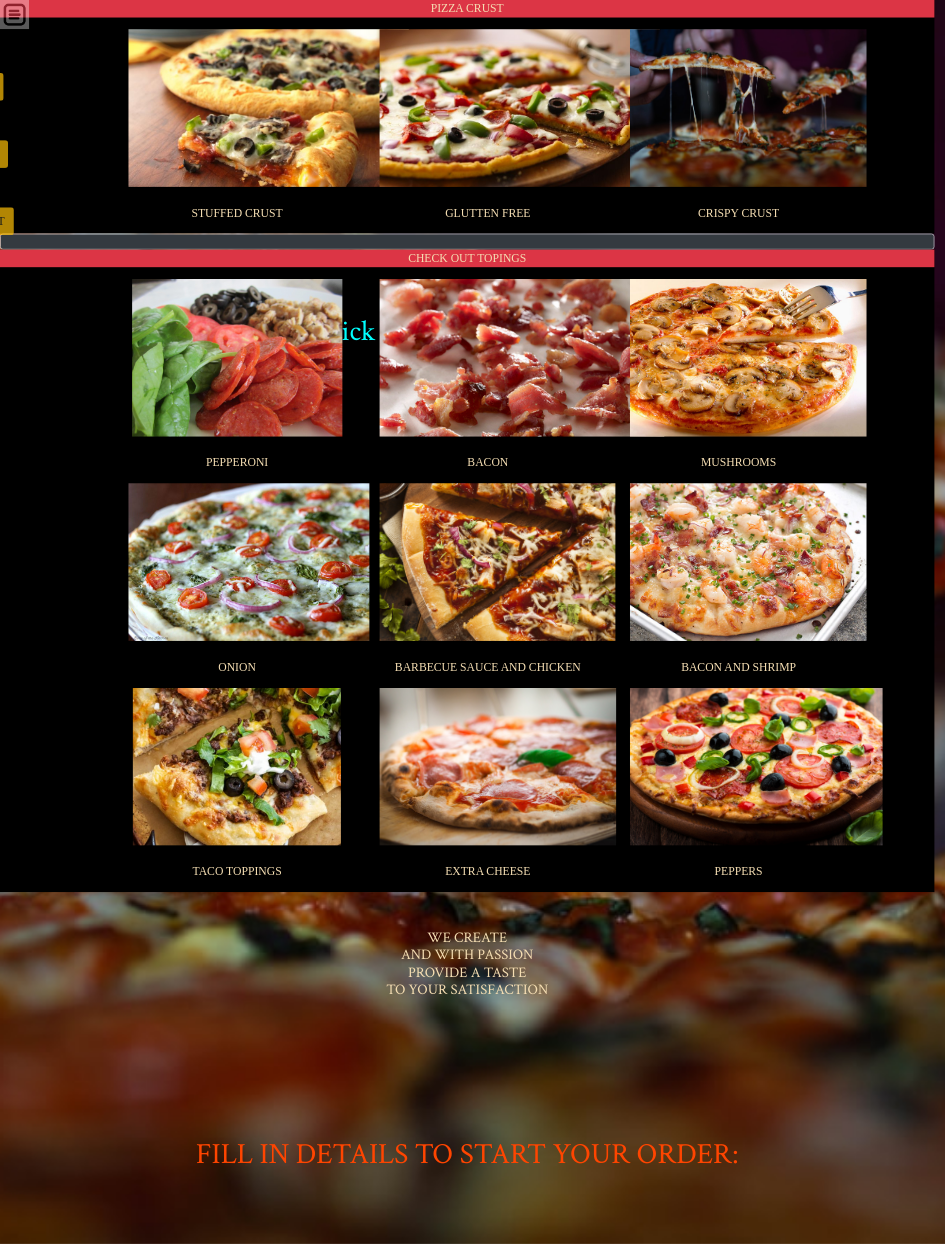
Repository: alexmwaura/MOREO--PIZZA-IP4
Page: mine.html
These files come from the project's save history. The page is drawn as it stood at one moment and after the next save; the edit follows.
The browser window is 1280 px wide. The page is 1295 px wide, so the pictures cover 1295 px, including what lies to the right of the window. The pictures show the whole page, at 73% of full size.
Some web fonts or font styles are not loaded; a fallback is used.

Above is the page before, as saved 2019-09-01 14:26:57.

### mine.html
<!DOCTYPE html>
<html lang="en">

<head>
    <meta charset="UTF-8">
    <meta name="viewport" content="width=device-width, initial-scale=1.0">
    <meta http-equiv="X-UA-Compatible" content="ie=edge">

    <title> MOREO RESTAURANT</title>

    <link href="https://fonts.googleapis.com/css?family=Kaushan+Script&display=swap" rel="stylesheet">
    <link href="https://fonts.googleapis.com/css?family=Pacifico|Rancho&display=swap" rel="stylesheet">
    <link href="https://fonts.googleapis.com/css?family=Crimson+Text&display=swap" rel="stylesheet">

    <link rel="stylesheet" href="./CSS/bootstrap.css">
    <link rel="stylesheet" href="./CSS/styles.css">
    <script src="./SCRIPTS/jquery-3.4.1.js"></script>
    <script src="./SCRIPTS/scripts.js"></script>
</head>

<body>
    <nav>
        <a href="#" class="nav-toggle-btn bg-success"></a>
        <ul>
            <li><a href="./index.html" class="btn bg-warning" style="margin-left: -14%">HOME</a></li><br><br>
            <li><a href="#pizza" class="btn bg-warning" style="margin-left: -15%">ORDER</a></li><br><br>
            <li><a href="#nav" class="btn bg-warning" style="margin-left: -35%">CONTACT</a></li>
        </ul>
    </nav>

    <div class="content">


        <div class="address">
            <div class="">

                <div class="bg-danger" id="pizza-crust">
                    <p>PIZZA CRUST</p>

                </div>

                <div class="row">

                    &nbsp;&nbsp;&nbsp;&nbsp;&nbsp;&nbsp;&nbsp;&nbsp;&nbsp;&nbsp;&nbsp;&nbsp;&nbsp;&nbsp;&nbsp;&nbsp;&nbsp;&nbsp;&nbsp;&nbsp;&nbsp;&nbsp;&nbsp;&nbsp;&nbsp;&nbsp;&nbsp;&nbsp;&nbsp;&nbsp;&nbsp;&nbsp;&nbsp;&nbsp;&nbsp;&nbsp;&nbsp;&nbsp;&nbsp;&nbsp;&nbsp;&nbsp;&nbsp;&nbsp;

                    <div class="col-lg-3 col-md-3 col-sm-3">
                        <div id="work1">
                            <img src="./IMAGES/staffedcrust.jpg" alt="" class="img-fluid-1"><br><br>

                            <div class="overlay">
                                <div class="line">
                                    <p class="trial1">STUFFED CRUST</p>
                                    <p class="p1">
                                        <h5 class="p1"><strong> PRICE: <br>
                                            <em>SMALL; KSH 100</em><br>
                                            <em>MEDIUM; KSH 150</em><br>
                                            <em>LARGE; KSH 200</em>
                                        </strong></h5>
                                    </p>

                                </div>

                            </div>

                        </div>



                    </div>
                    &nbsp;&nbsp;&nbsp;&nbsp;

                    <div class="col-lg-3 col-md-3 col-sm-3">
                        <div id="work2">
                            <img src="./IMAGES/gluttenfree.jpg" alt="" class="img-fluid-2"><br><br>

                            <div class="overlay">
                                <div class="line">
                                    <p class="trial2">GLUTTEN FREE </p>


                                </div>

                            </div>

                        </div>

                    </div>

                    &nbsp;&nbsp;&nbsp;&nbsp;


                    <div class="col-lg-3 col-md-3 col-sm-3">
                        <div id="work3">
                            <img src="./IMAGES/1.jpeg" alt="" class="img-fluid-3 "><br><br>

                            <div class="overlay">
                                <div class="line">
                                    <p class="trial3">CRISPY CRUST</p>

                                </div>

                            </div>

                        </div>

                    </div>


                </div>

            </div>

        </div>

        <div class="form-control custom-range bg-dark">
            <h1 style="color: aqua" style="font-size: 10vh"> click image to show price</h1>
        </div>

        <div class="dance">

            <div class="">

                <div class="bg-danger" id="pizza-toppings">
                    <p>CHECK OUT TOPINGS</p>

                </div>

                <div class="row">

                    &nbsp;&nbsp;&nbsp;&nbsp;&nbsp;&nbsp;&nbsp;&nbsp;&nbsp;&nbsp;&nbsp;&nbsp;&nbsp;&nbsp;&nbsp;&nbsp;&nbsp;&nbsp;&nbsp;&nbsp;&nbsp;&nbsp;&nbsp;&nbsp;&nbsp;&nbsp;&nbsp;&nbsp;&nbsp;&nbsp;&nbsp;&nbsp;&nbsp;&nbsp;&nbsp;&nbsp;&nbsp;&nbsp;&nbsp;&nbsp;&nbsp;&nbsp;&nbsp;&nbsp;

                    <div class="col-lg-3 col-md-3 col-sm-3">
                        <div id="work4">
                            <img src="./IMAGES/pepporoni.jpg" alt="" class="img-fluid-4"><br><br>

                            <div class="overlay">
                                <div class="line">
                                    <p class="trial4">PEPPERONI</p>

                                </div>

                            </div>

                        </div>

                    </div>




                    &nbsp;&nbsp;&nbsp;&nbsp;


                    <div class="col-lg-3 col-md-3 col-sm-3">
                        <div id="work5">
                            <img src="./IMAGES/bacon.jpg" alt="" class="img-fluid-5"><br><br>

                            <div class="overlay">
                                <div class="line">
                                    <p class="trial5">BACON </p>

                                </div>

                            </div>

                        </div>

                    </div>

                    &nbsp;&nbsp;&nbsp;&nbsp;


                    <div class="col-lg-3 col-md-3 col-sm-3">
                        <div id="work6">
                            <img src="./IMAGES/mushroom2.jpg" alt="" class="img-fluid-6"><br><br>

                            <div class="overlay">
                                <div class="line">
                                    <p class="trial6">MUSHROOMS</p>

                                </div>

                            </div>

                        </div>

                    </div>



                </div>

                <div class="row">

                    &nbsp;&nbsp;&nbsp;&nbsp;&nbsp;&nbsp;&nbsp;&nbsp;&nbsp;&nbsp;&nbsp;&nbsp;&nbsp;&nbsp;&nbsp;&nbsp;&nbsp;&nbsp;&nbsp;&nbsp;&nbsp;&nbsp;&nbsp;&nbsp;&nbsp;&nbsp;&nbsp;&nbsp;&nbsp;&nbsp;&nbsp;&nbsp;&nbsp;&nbsp;&nbsp;&nbsp;&nbsp;&nbsp;&nbsp;&nbsp;&nbsp;&nbsp;&nbsp;&nbsp;

                    <div class="col-lg-3 col-md-3 col-sm-3">
                        <div id="work7">
                            <img src="./IMAGES/onions.jpg" alt="" class="img-fluid-7"><br><br>

                            <div class="overlay">
                                <div class="line">
                                    <p class="trial4">ONION</p>

                                </div>

                            </div>

                        </div>

                    </div>




                    &nbsp;&nbsp;&nbsp;&nbsp;


                    <div class="col-lg-3 col-md-3 col-sm-3">
                        <div id="work8">
                            <img src="./IMAGES/barbecue.jpg" alt="" class="img-fluid-8"><br><br>

                            <div class="overlay">
                                <div class="line">
                                    <p class="trial5">BARBECUE SAUCE AND CHICKEN </p>

                                </div>

                            </div>

                        </div>

                    </div>

                    &nbsp;&nbsp;&nbsp;&nbsp;


                    <div class="col-lg-3 col-md-3 col-sm-3">
                        <div id="work9">
                            <img src="./IMAGES/shrimp.jpg" alt="" class="img-fluid-9"><br><br>

                            <div class="overlay">
                                <div class="line">
                                    <p class="trial6">BACON AND SHRIMP</p>

                                </div>

                            </div>

                        </div>

                    </div>



                </div>


                <div class="row">

                    &nbsp;&nbsp;&nbsp;&nbsp;&nbsp;&nbsp;&nbsp;&nbsp;&nbsp;&nbsp;&nbsp;&nbsp;&nbsp;&nbsp;&nbsp;&nbsp;&nbsp;&nbsp;&nbsp;&nbsp;&nbsp;&nbsp;&nbsp;&nbsp;&nbsp;&nbsp;&nbsp;&nbsp;&nbsp;&nbsp;&nbsp;&nbsp;&nbsp;&nbsp;&nbsp;&nbsp;&nbsp;&nbsp;&nbsp;&nbsp;&nbsp;&nbsp;&nbsp;&nbsp;

                    <div class="col-lg-3 col-md-3 col-sm-3">
                        <div id="work10">
                            <img src="./IMAGES/taco.jpg" alt="" class="img-fluid-10"><br><br>

                            <div class="overlay">
                                <div class="line">
                                    <p class="trial4">TACO TOPPINGS</p>

                                </div>

                            </div>

                        </div>

                    </div>




                    &nbsp;&nbsp;&nbsp;&nbsp;


                    <div class="col-lg-3 col-md-3 col-sm-3">
                        <div id="work11">
                            <img src="./IMAGES/cheese 2.jpg" alt="" class="img-fluid-11"><br><br>

                            <div class="overlay">
                                <div class="line">
                                    <p class="trial5">EXTRA CHEESE </p>

                                </div>

                            </div>

                        </div>

                    </div>

                    &nbsp;&nbsp;&nbsp;&nbsp;


                    <div class="col-lg-3 col-md-3 col-sm-3">
                        <div id="work12">
                            <img src="./IMAGES/pepper.jpg" alt="" class="img-fluid-12"><br><br>

                            <div class="overlay">
                                <div class="line">
                                    <p class="trial6">PEPPERS</p>

                                </div>

                            </div>

                        </div>

                    </div>



                </div>


            </div>





        </div>

        <div id="trial">


            <div id="pizza">
                <h2 class="pizza">WE CREATE <br>AND WITH PASSION <br> PROVIDE A TASTE <br> TO YOUR SATISFACTION</h2>
                <br><br>
                <h1>FILL IN DETAILS TO START YOUR ORDER:</h1>


            </div><br><br>



        </div>








    </div>
















</body>

### CSS/styles.css

body{
    background-image: url("../IMAGES/1.jpeg");
    background-repeat: no-repeat;
    background-size: cover;
    background-position: center;
    color: wheat;
    font-family: 'Pacifico', cursive;
    font-family: 'Rancho', cursive;
    margin: 0;
    padding: 0;

}
nav {
    position: fixed;
    z-index: 500;
    top: 0%;
    bottom: 0;
    width: 100px;
    background-image: url("../IMAGES/tukule.jpg");
    background-repeat: no-repeat;
    background-size: cover;
    background-position: center;
    transform: translate3d(-100px, 0, 0);
    transition: transform 0.4s ease;
    font-size: large;
    opacity: 0.7;
}
.active-nav nav{
    transform: translate3d(0, 0, 0)
}

nav ul {

    margin-top: 100px;
}
.nav-toggle-btn{

    position: absolute;
    left: 100px;
    width: 40px;
    height: 40px;
    background-image: url("../IMAGES/images.png");
    background-repeat: no-repeat;
    background-size: cover;
    background-position: center;
    top: 0;
    opacity: 0.5;
}
.content{
    padding: 0;
    margin: 0%;
    height: fit-content;
    text-align: center;
    text-align-last: fixed;
    transition: transform 0.4s ease;
}
.active-nav .content{
    transform: translate3d(200px, 0, 0);
}
.wcome{
    font-size: 100px;
}
.ret{
    font-size: 80px;
}
.home{

    position: absolute center;
    margin-top: -100px;
    padding: 0%;
}
h1{
    font-size: 40px;
    animation: bounce 3s infinite;
    color: orangered;
    margin-top: 10%;
    font-family: 'Crimson Text', serif;

}
@keyframes bounce {

    0%, 20%, 50%, 80%, 100%{
        transform: translateY(0);
    }
    40% {
        transform: translateY(-55px);
    }
    60% {
        transform: translateY(-45px);
    }

}
.to{
    font-size: 30px;
    animation: bounce 3s infinite;
    color: wheat;
    margin-top: -0.01%;
}
@keyframes bounce {

    0%, 20%, 50%, 80%, 100%{
        transform: translateY(0);
    }
    40% {
        transform: translateY(-55px);
    }
    60% {
        transform: translateY(-45px);
    }

}
.address{
    text-align: center;
    align-content: center;
    position: center;
    background: black;
    background-size: cover;
    background-position: center;

}
.dance{
    text-align: center;
    align-content: center;
    position: center;
    background: black;
    background-size: cover;
    background-position: center;

}
.img-fluid-1{
    height: 30vh;
    justify-content: space-around;

}
.img-fluid-2{
    height: 30vh;

}
.img-fluid-3{
    height: 30vh;

}
.img-fluid-4{
    height: 30vh;

}
.img-fluid-5{
    height: 30vh;

}
.img-fluid-6{
    height: 30vh;

}
.img-fluid-7{
    height: 30vh;

}
.img-fluid-8{
    height: 30vh;

}
.img-fluid-9{
    height: 30vh;

}
.img-fluid-10{
    height: 30vh;

}
.img-fluid-11{
    height: 30vh;

}
.img-fluid-12{
    height: 30vh;

}
.pizza{
    margin-top: 10px;
    font-family: 'Crimson Text', serif;
    font-size: 20PX;
}
#pizza{
    padding-top: 0%;
    margin: 0%;
    justify-content: flex-end;
}
#trial{
    padding-top: 40px;
    font-size: x-large;
}

/* #work1:hover img {
    transform: scale(0.5) ;
    transition: all 50s ease;
} */

#work2:hover img {
    transform: scale(1.2) ;
    transition: all 2s ease;
}
#work3:hover img {
    transform: scale(1.2) ;
    transition: all 2s ease;
}
#work4:hover img {
    transform: scale(1.2) ;
    transition: all 2s ease;
}

#work5:hover img {
    transform: scale(1.2) ;
    transition: all 2s ease;
}
#work6:hover img {
    transform: scale(1.2) ;
    transition: all 2s ease;
}
#work7:hover img {
    transform: scale(1.2) ;
    transition: all 2s ease;
}
#work8:hover img {
    transform: scale(1.2) ;
    transition: all 2s ease;
}
#work9:hover img {
    transform: scale(1.2) ;
    transition: all 2s ease;
}
#work10:hover img {
    transform: scale(1.2) ;
    transition: all 2s ease;
}
#work11:hover img {
    transform: scale(1.2) ;
    transition: all 2s ease;
}
#work12:hover img {
    transform: scale(1.2) ;
    transition: all 2s ease;
}
.p1{
    display: none;
}

### SCRIPTS/scripts.js
$(function () {
    var bodyEl = $('body'),
        navToggleBtn = bodyEl.find('.nav-toggle-btn');

    navToggleBtn.on('click', function () {
        bodyEl.toggleClass('active-nav');

        event.preventDefault();
    });
});
$(document).ready(function () {
    $("#work1").click(function () {
        $(".img-fluid-1").toggle(1000);
        $(".p1").toggle(1000);


    });
    // $("#development").click(function () {
    //     $(".img2").toggle(1000);
    //     $(".p2").toggle(1000);
    // });
    // $("#productmanagement").click(function () {
    //     $(".img3").toggle(1000);
    //     $(".p3").toggle(1000);
    // });

});

Loaded but not shown: CSS/bootstrap.css (library); SCRIPTS/jquery-3.4.1.js (library)

After the next save:
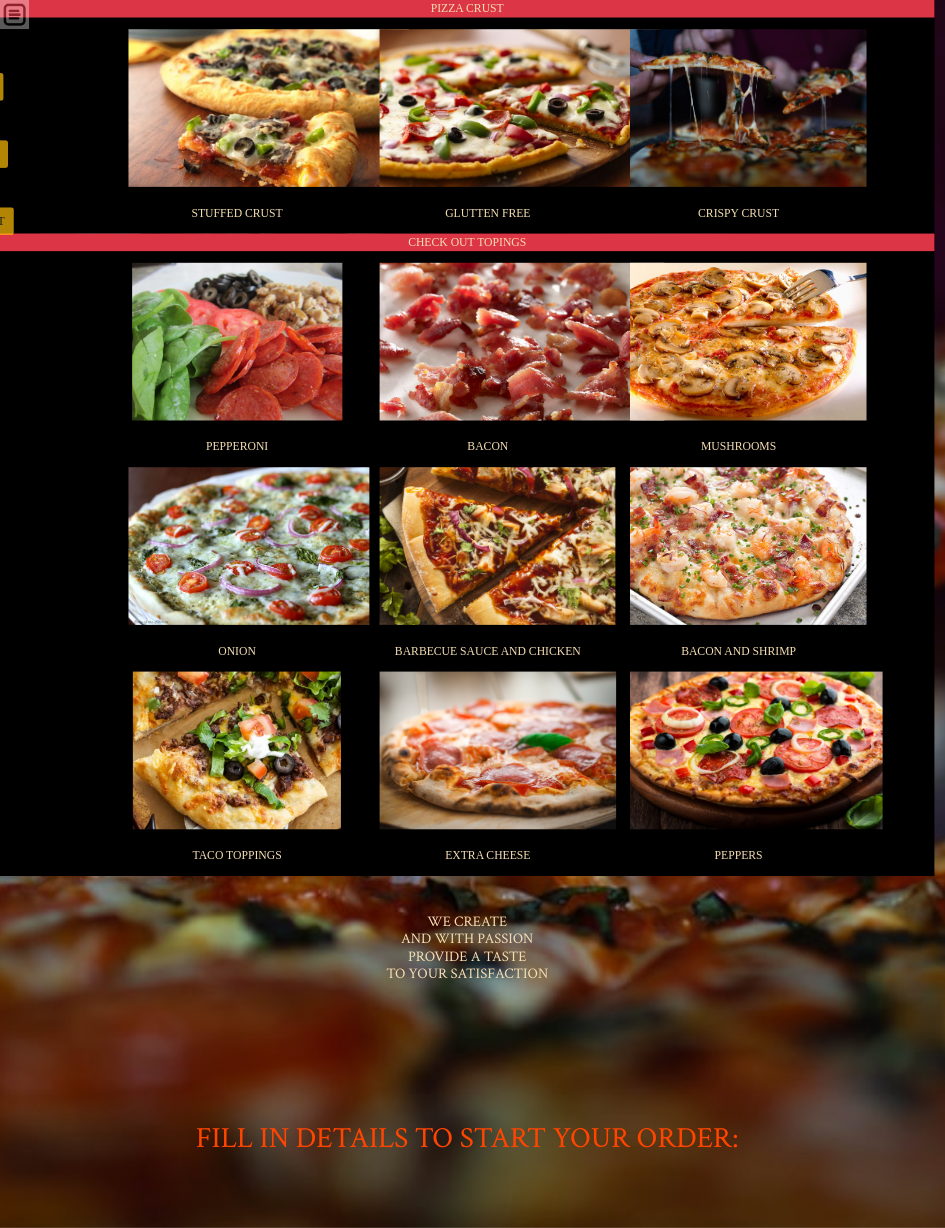
Saved 41 s later.
--- a/mine.html
+++ b/mine.html
@@ -112,9 +112,7 @@
 
         </div>
 
-        <div class="form-control custom-range bg-dark">
-            <h1 style="color: aqua" style="font-size: 10vh"> click image to show price</h1>
-        </div>
+
 
         <div class="dance">
 

After the 2 saves that followed:
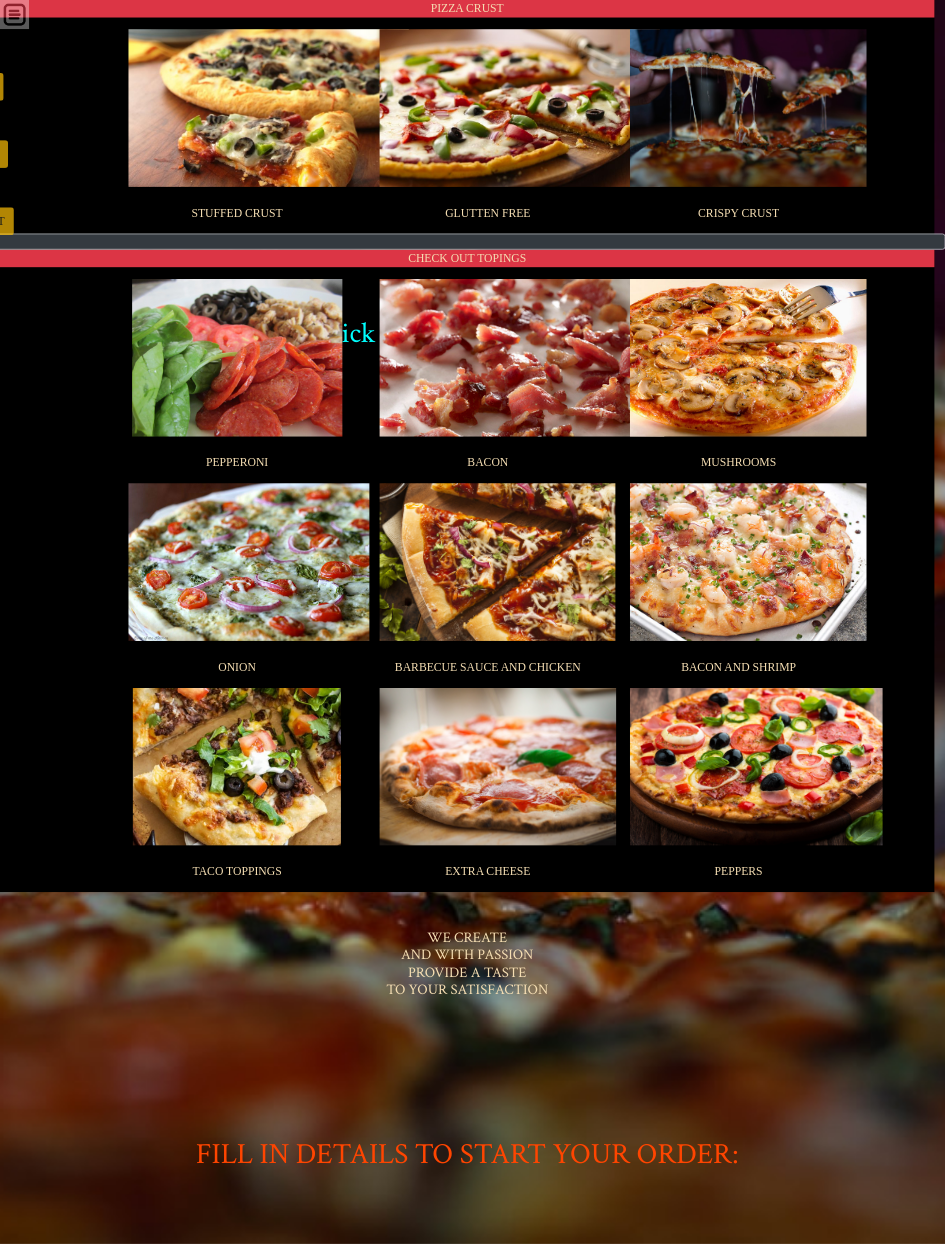
The 2 saves are shown as one change because they came seconds apart.
The last was saved 15 s later.
--- a/mine.html
+++ b/mine.html
@@ -105,6 +105,10 @@
 
                     </div>
 
+                    <div class="form-control custom-range bg-dark">
+                        <h1 style="color: aqua" style="font-size: 10vh"> click image to show price</h1>
+                    </div>
+
 
                 </div>
 
